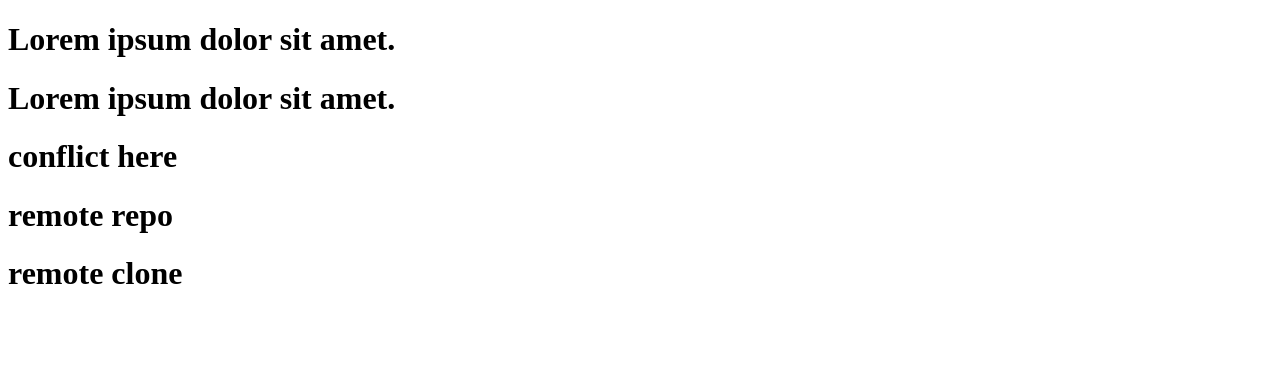
Repository: thinhdh04/github_vn
Page: index.html
The author's editor kept a copy of each file at every save. The page is drawn from the files as they stood at one save, then again after the next save.
The browser window is 1280 px wide. The pictures show the whole page.

Above is the page before, as saved 2024-10-06 00:19:12.

### index.html
<!DOCTYPE html>
<html lang="en">
<head>
    <meta charset="UTF-8">
    <meta name="viewport" content="width=device-width, initial-scale=1.0">
    <title>Github VN</title>
</head>
<body>
    <h1>Lorem ipsum dolor sit amet.</h1>
    <h1>Lorem ipsum dolor sit amet.</h1>
    <h1>conflict here</h1>
    <h1>remote repo</h1>
    <h1>remote clone</h1>
</body>
</html>

After the next save:
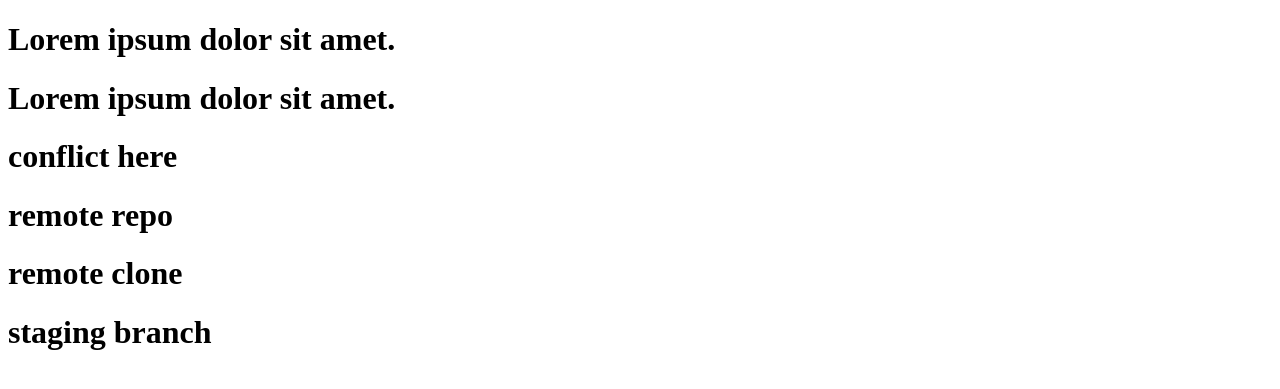
Saved 11 days later.
--- a/index.html
+++ b/index.html
@@ -11,5 +11,6 @@
     <h1>conflict here</h1>
     <h1>remote repo</h1>
     <h1>remote clone</h1>
+    <h1>staging branch</h1>
 </body>
 </html>
